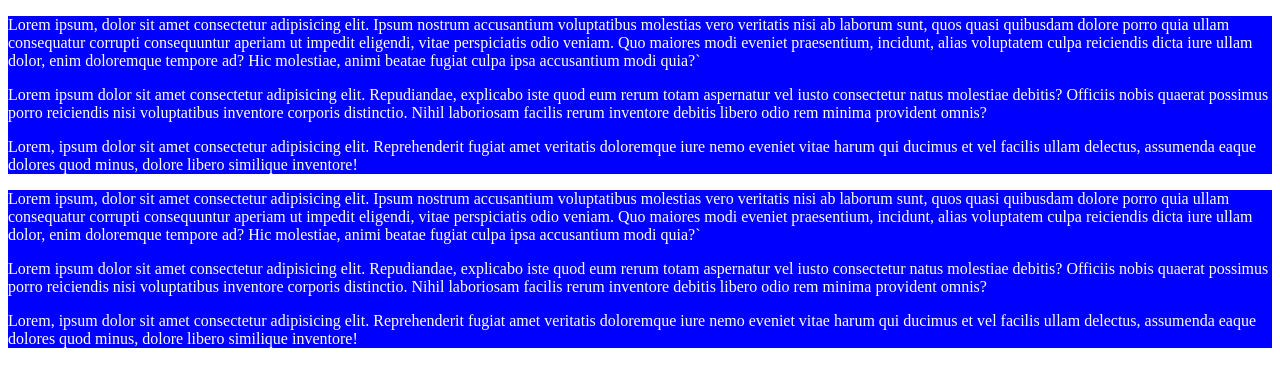
Repository: diensy/Web_dev
Page: Css/Exercise/index.html
These files come from the project's save history. The page is drawn as it stood at one moment and after a run of saves; the edit follows.
The browser window is 1280 px wide. The pictures show the whole page.

Above is the page before, as saved 2024-05-22 23:20:12.

### Css/Exercise/index.html
<!DOCTYPE html>
<html lang="en">
  <head>
    <meta charset="UTF-8" />
    <meta name="viewport" content="width=device-width, initial-scale=1.0" />
    <title>Document</title>
    <link rel="stylesheet" href="style.css" />
  </head>
  <body>
    <!-- <div>
      <p id="first">
        Lorem, ipsum dolor sit amet consectetur adipisicing elit. Ipsa, quod.
      </p>
      <p id="second">
        Lorem ipsum, dolor sit amet consectetur adipisicing elit. Placeat,
        deleniti.
      </p>
      <p id="Third">
        Lorem ipsum, dolor sit amet consectetur adipisicing elit. Placeat,
        deleniti.
      </p>
      <p id="fourth">
        Lorem ipsum, dolor sit amet consectetur adipisicing elit. Placeat,
        deleniti.
      </p>
      <p id="fifth">
        Lorem ipsum, dolor sit amet consectetur adipisicing elit. Placeat,
        deleniti.
      </p>
    </div> -->
    <div>
      <p>
        Lorem ipsum, dolor sit amet consectetur adipisicing elit. Ipsum nostrum
        accusantium voluptatibus molestias vero veritatis nisi ab laborum sunt,
        quos quasi quibusdam dolore porro quia ullam consequatur corrupti
        consequuntur aperiam ut impedit eligendi, vitae perspiciatis odio
        veniam. Quo maiores modi eveniet praesentium, incidunt, alias voluptatem
        culpa reiciendis dicta iure ullam dolor, enim doloremque tempore ad? Hic
        molestiae, animi beatae fugiat culpa ipsa accusantium modi quia?`
      </p>
      <p>
        Lorem ipsum dolor sit amet consectetur adipisicing elit. Repudiandae,
        explicabo iste quod eum rerum totam aspernatur vel iusto consectetur
        natus molestiae debitis? Officiis nobis quaerat possimus porro
        reiciendis nisi voluptatibus inventore corporis distinctio. Nihil
        laboriosam facilis rerum inventore debitis libero odio rem minima
        provident omnis?
      </p>
      <p>
        Lorem, ipsum dolor sit amet consectetur adipisicing elit. Reprehenderit
        fugiat amet veritatis doloremque iure nemo eveniet vitae harum qui
        ducimus et vel facilis ullam delectus, assumenda eaque dolores quod
        minus, dolore libero similique inventore!
      </p>
    </div>
    <div>
      <p>
        Lorem ipsum, dolor sit amet consectetur adipisicing elit. Ipsum nostrum
        accusantium voluptatibus molestias vero veritatis nisi ab laborum sunt,
        quos quasi quibusdam dolore porro quia ullam consequatur corrupti
        consequuntur aperiam ut impedit eligendi, vitae perspiciatis odio
        veniam. Quo maiores modi eveniet praesentium, incidunt, alias voluptatem
        culpa reiciendis dicta iure ullam dolor, enim doloremque tempore ad? Hic
        molestiae, animi beatae fugiat culpa ipsa accusantium modi quia?`
      </p>
      <p>
        Lorem ipsum dolor sit amet consectetur adipisicing elit. Repudiandae,
        explicabo iste quod eum rerum totam aspernatur vel iusto consectetur
        natus molestiae debitis? Officiis nobis quaerat possimus porro
        reiciendis nisi voluptatibus inventore corporis distinctio. Nihil
        laboriosam facilis rerum inventore debitis libero odio rem minima
        provident omnis?
      </p>
      <p>
        Lorem, ipsum dolor sit amet consectetur adipisicing elit. Reprehenderit
        fugiat amet veritatis doloremque iure nemo eveniet vitae harum qui
        ducimus et vel facilis ullam delectus, assumenda eaque dolores quod
        minus, dolore libero similique inventore!
      </p>
    </div>
  </body>
</html>

### Css/Exercise/style.css
div  {
  background-color: blue;
  color: white;
}

After the next 3 saves:
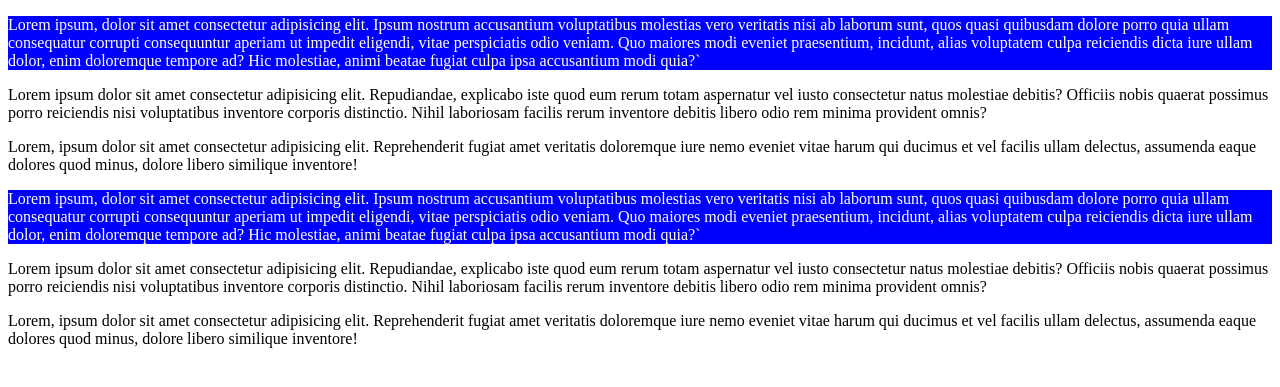
The 3 saves are shown as one change because they came seconds apart.
The last was saved 9 s later.
--- a/Css/Exercise/style.css
+++ b/Css/Exercise/style.css
@@ -1,4 +1,4 @@
-div  {
+p:first-child {
   background-color: blue;
   color: white;
 }
